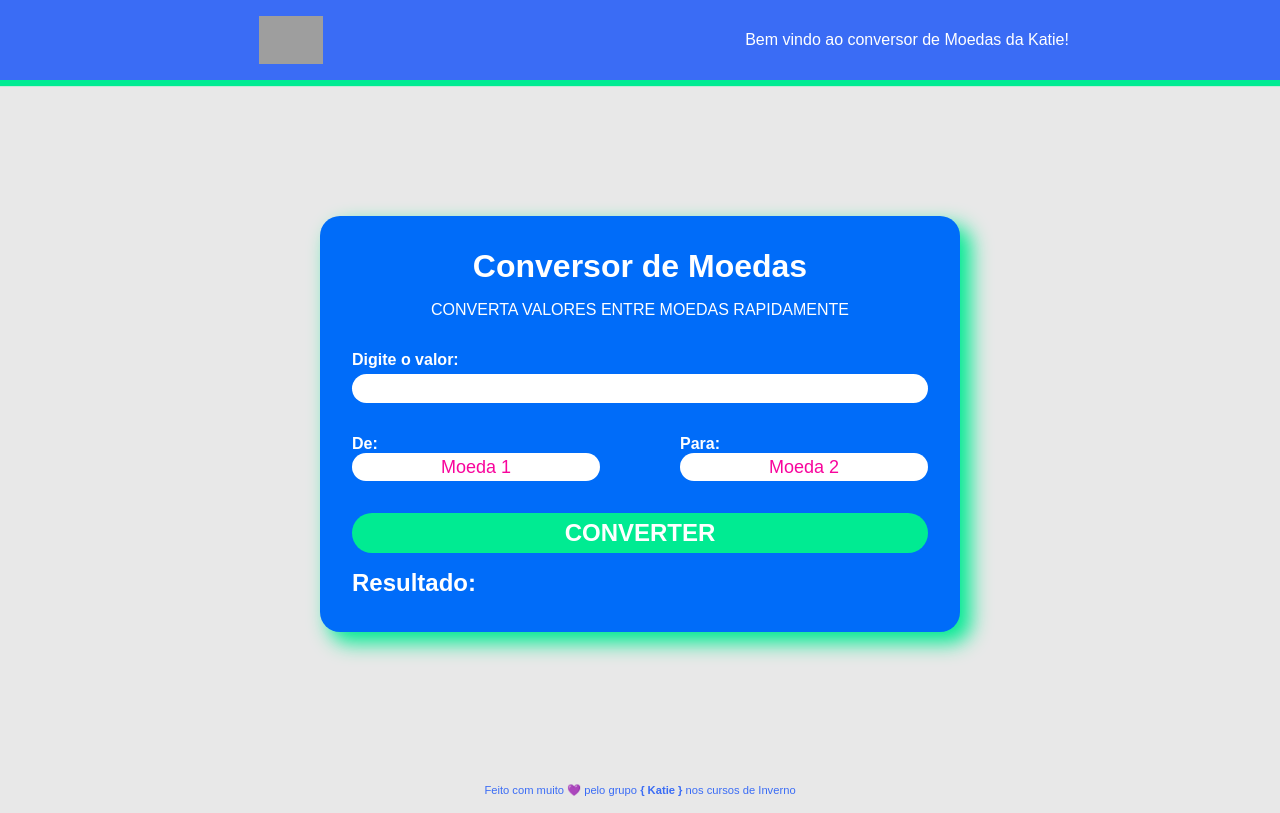
Repository: willamesalmeida/Conversor-de-Moedas
Page: index.html
The author's editor kept a copy of each file at every save. The page is drawn from the files as they stood at one save, then again after the next save.
The browser window is 1280 px wide. The pictures show the whole page.
Pictures or frames that could not be fetched are drawn as grey boxes.

Above is the page before, as saved 2022-08-07 16:16:14.

### index.html
<!DOCTYPE html>
<html lang="pt-br">
<head>
    <meta charset="UTF-8" />
    <meta name="viewport" content="width=device-width, initial-scale=1.0">
    <link rel="stylesheet" href="./global.css">
    <link rel="stylesheet" href="./styles.css">
    <title>Conversor de moedas KATIE</title>
</head>
<body>
    <script src="script.js"></script>

    <header class="cabecalho">
        <img class="gif-katie" src="https://ic.ufal.br/extensao/katie/resources/logoanim.gif"/>
        <p class="saudacao">Bem vindo ao conversor de Moedas da Katie!</p>
    </header>
    <main class="container">
        <section class="card">
            <header>
                <h2 class="titulo">Conversor de Moedas</h2>
                CONVERTA VALORES ENTRE MOEDAS RAPIDAMENTE
            </header>

            <section class="valor">
                <label>Digite o valor:</label>
                <input type="number" id="valor_inicial">
            </section>

            <section class="conversao">
                <div  class="converter-de">
                    <label>De:</label>
                    <select name="moedasde" id="moedasde">
                        <option value="de">Moeda 1</option>
                        <option value="USD">Dolar</option>
                        <option value="BRL">Real</option>
                        <option value="EUR">Euro</option>
                      </select>
                </div>

                <div class="converter-para">
                    <label>Para:</label>
                    <select name="moedaspara" id="moedaspara">
                        <option value="para">Moeda 2</option>
                        <option value="USD">Dolar</option>
                        <option value="BRL">Real</option>
                        <option value="EUR">Euro</option>
                      </select>
                </div>

            </section>
            <button type="submit" onclick="Converter()">CONVERTER</button>
            <h1>Resultado:</h1>
            <span id="resultado" class="resultado"></span>

        </section>

    </main>

    <footer>
        Feito com muito &#128156 pelo grupo <strong>{ Katie }</strong> nos cursos de Inverno
    </footer>


</body>
</html>

### global.css
@import url('https://fonts.googleapis.com/css2?family=Roboto+Flex:opsz,wght@8..144,400;8..144,500&family=Roboto:ital,wght@0,100;0,300;0,400;0,500;0,700;0,900;1,100;1,300;1,400;1,500;1,700;1,900&display=swap');
:root {
  --rosa-katie: #f8049c;
  --amarelo-katie: #fdd54f;
  --cinza-katie: #1f1f24;
  --rosa-claro: #EF5AA7;
  --branco:  #ffffff;
  --blue: #3A6CF5;
  --gray:#E8E8E8;
  --grey2: #EBEBF3;
  --red:#FF0000;
  --greendark:#007560;
  --greenlight:#27EDC4;
  --greenciano:#51EFD0;
  --azul:#006CF9;
  --greengreen:#00EB92;
}

* {
  margin: 0;
  padding: 0;
  box-sizing: border-box;
}

body {
  font-family: 'Roboto ', sans-serif;
  font-family: 'Roboto Flex ', sans-serif;
  color: #ffffff;
  background-color: var(--gray);

}

### styles.css
.cabecalho {
  background: var(--blue);
  padding: 1rem 0;
}

.gif-katie {
  margin-left: 3rem;
  height: 3rem;
}
.cabecalho{
  display: flex;
  align-items: center;
  justify-content: space-around;
  box-shadow: 1px 1px 1px 5px var(--greengreen)
}

.saudacao {
  text-align: center;

}

.container {
  padding: 2.5rem 1rem;
}

.card {
  background: var(--azul);
  width: 40rem;
  height: 26rem;
  border-radius: 20px;
  padding: 2rem;
  margin: 6rem auto;
  box-shadow: 10px 10px 20px 1px var(--greengreen)
}

header h2 {

  font-size: 2rem;
}

.titulo {
  margin-bottom: 1rem;
}

.card header {
  text-align: center;
}

.valor {
  margin: 2rem 0;
  display: flex;
  flex-direction: column;
}

label {
  font-size: 1rem;
  font-weight: bold;
  margin-bottom: 0.3rem;
}

input,
select {
  -webkit-appearance: none;
  -moz-appearance: none;
  appearance: none;
  border: none;
  border-radius: 2rem;
  height: 1.8rem;
  width: 100%;
  background: var(--branco);
  color: var(--rosa-katie);
  outline: none;
  font-size: 18px;


}
select{
  text-align: center;
}
input {
    padding: 0.8rem;
}

.conversao {
    width: 100%;
    margin: 2rem 0;
    display: flex;
    flex-direction: row;
  }

.converter-de,
.converter-para {
  width: 100%;
}

.converter-de {
  margin-right: 2.5rem;
}

.converter-para {
  margin-left: 2.5rem;
}

button {
  background: var(--greengreen);
  border: none;
  border-radius: 2rem;
  width: 100%;
  height: 2.5rem;
  cursor: pointer;
  color: var(--branco);
  font-weight: bold;
  font-size: 1.5rem;
  transition: 0.5s;
  margin-bottom: 1rem;
}

#resultado {
    font-weight: bold;
    color: var(--amarelo-katie);
    font-size: 1.5rem;
    text-align: center;
}

button:hover {
  filter: brightness(0.8);
}

footer {
    margin: 1rem 0;
    color: var(--blue);
    font-size: 0.70rem;
    text-align: center;
}

### script.js
function Converter() {
  let input = parseFloat(document.getElementById("valor_inicial").value);
  let output = document.getElementById("resultado");
  let de = document.getElementById("moedasde");
  let para = document.getElementById("moedaspara");

  console.log(de.value);

  //Reais
  if (de.value == "BRL" && para.value != "Moeda 2") {
    let valorEmReais = input;
    let valor;
    if (para.value == "BRL") {
      valor = "O valor em reais é: R$" + valorEmReais.toFixed(2);
    } else if (para.value == "EUR") {
      valor = "O valor em euros é: €" + (valorEmReais * 0.1885).toFixed(2);
    } else if (para.value == "USD") {
      valor = "O valor em dólar é: $" + (valorEmReais * 0.1917).toFixed(2);
    }
    output.innerHTML = valor;
  } else if (de.value == "EUR" && para.value != "Moeda 2") {
    let valorEmEuros = input;
    let valor;

    if (para.value == "EUR") {
      valor = "O valor em euros é: €" + valorEmEuros.toFixed(2);
    } else if (para.value == "USD") {
      valor = "O valor em dólar é: $" + (valorEmEuros * 1.0167).toFixed(2);
    } else if (para.value == "BRL") {
      valor = "O valor em reais é: R$" + (valorEmEuros * 5.303).toFixed(2);
    }
    output.innerHTML = valor;
  } else if (de.value == "USD" && para.value != "Moeda 2") {
    console.log("entrou no else is do dolar");
    let valorEmDolar = input;
    let valor;

    if (para.value == "USD") {
      valor = "O valor em dólar é: $" + valorEmDolar.toFixed(2);
    } else if (para.value == "BRL") {
      valor = "O valor em dólar é: R$" + (valorEmDolar * 5.2159).toFixed(2);
    } else if (para.value == "EUR") {
      valor = "O valor em dólar é: €" + (valorEmDolar * 0.9832).toFixed(2);
    }
    output.innerHTML = valor;
  } else {
    output.innerHTML = "";
  }
}

After the next save:
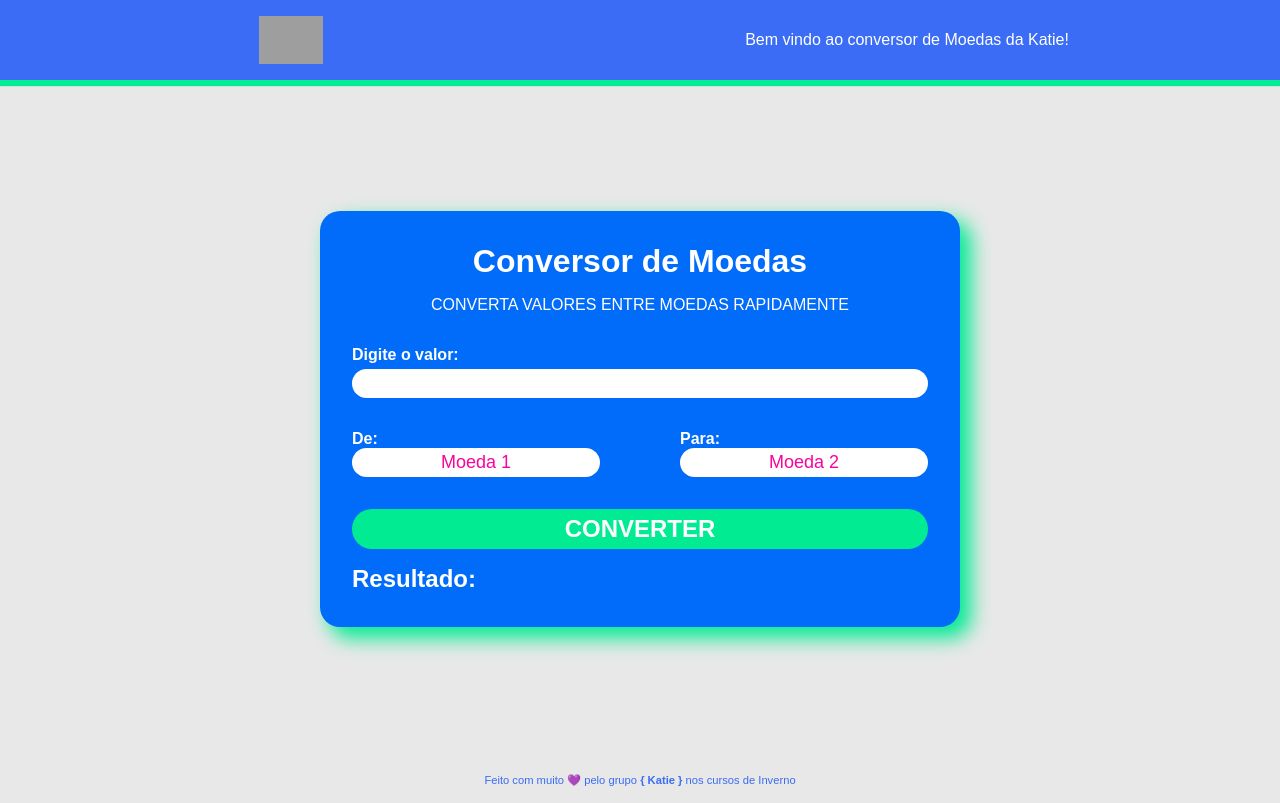
Saved 51 s later.
--- a/styles.css
+++ b/styles.css
@@ -20,7 +20,7 @@
 }
 
 .container {
-  padding: 2.5rem 1rem;
+  padding: 2.2rem 1rem;
 }
 
 .card {

After the save that followed:
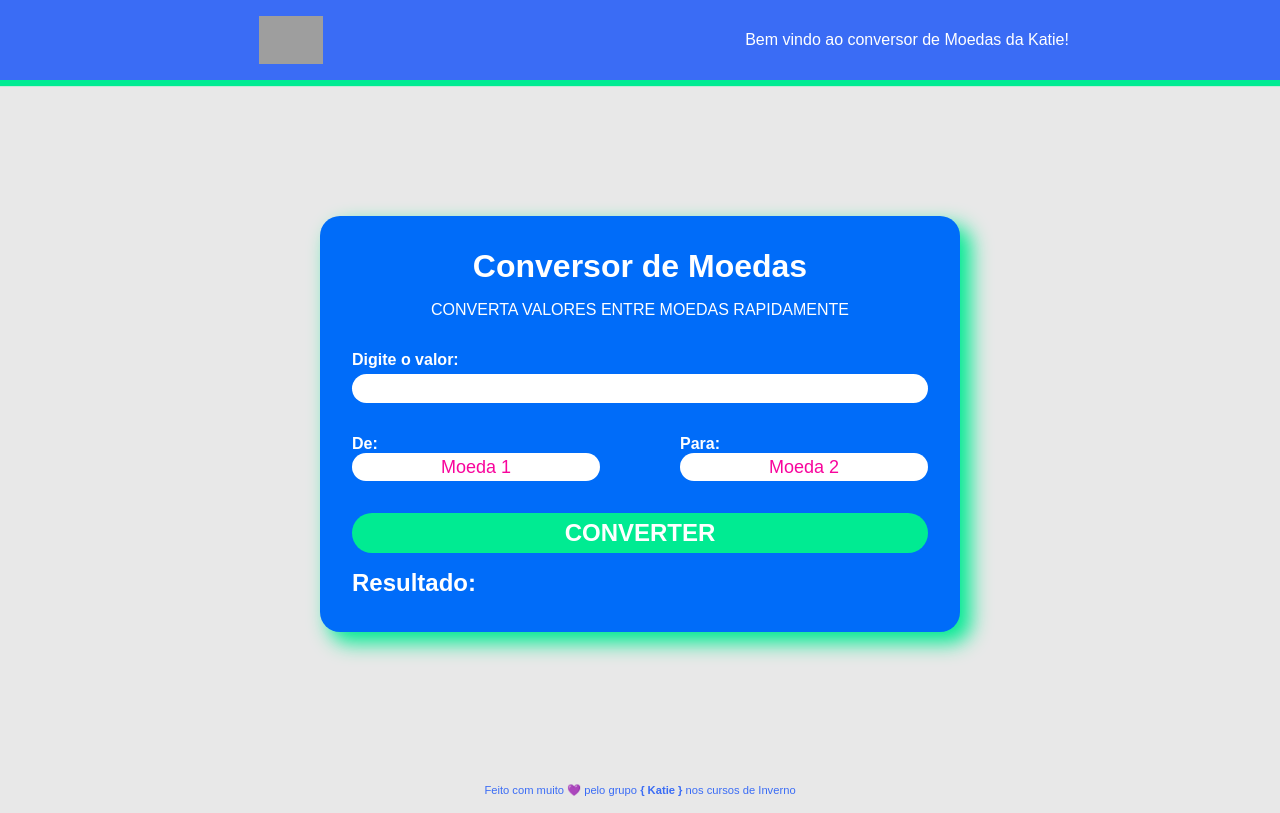
Saved 6 s later.
--- a/styles.css
+++ b/styles.css
@@ -20,7 +20,7 @@
 }
 
 .container {
-  padding: 2.2rem 1rem;
+  padding: 2.5rem 1rem;
 }
 
 .card {
